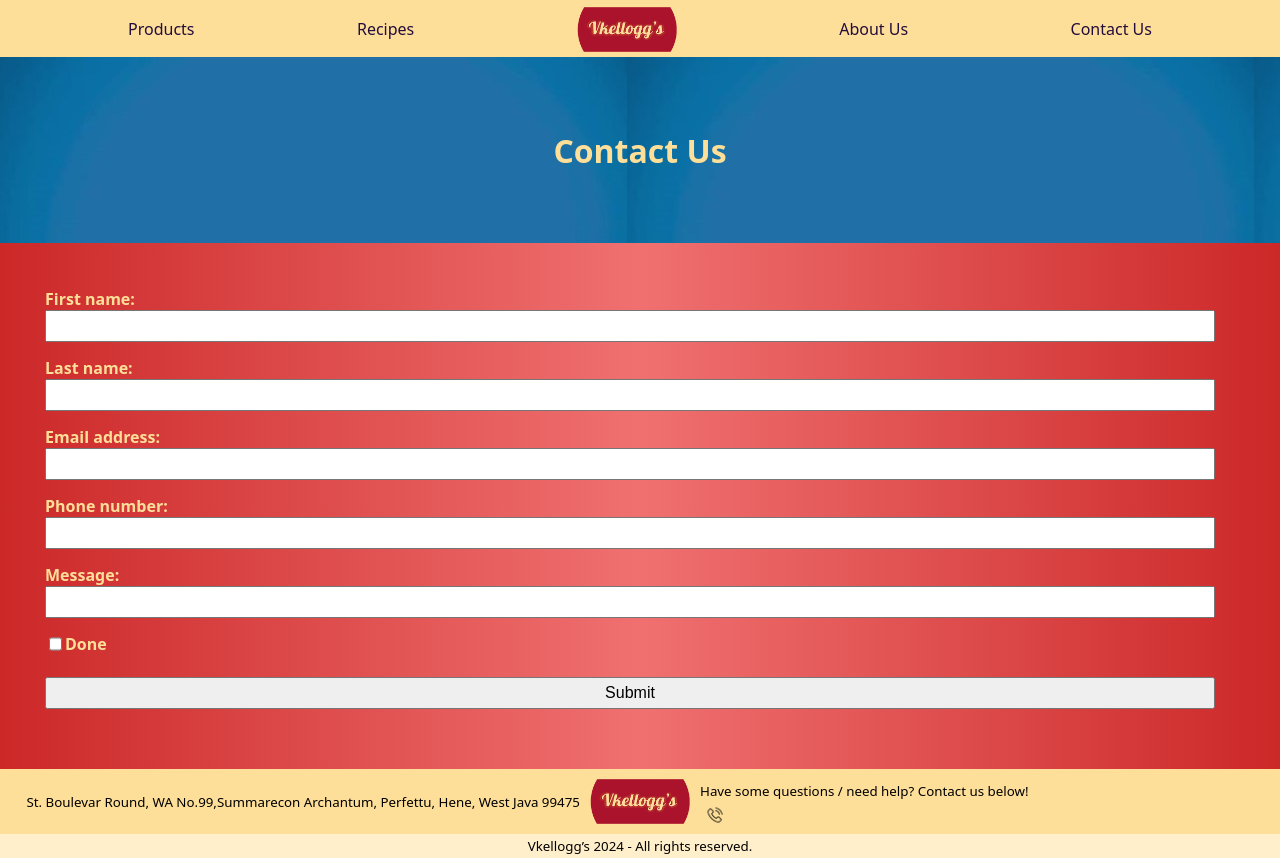
Repository: sugralld/VKelloggs
Page: Code and Assets/html/contactus.html
The author's editor kept a copy of each file at every save. The page is drawn from the files as they stood at one save, then again after a run of saves.
The browser window is 1280 px wide. The pictures show the whole page.

Above is the page before, as saved 2024-12-03 21:17:47.

After the next 2 saves:
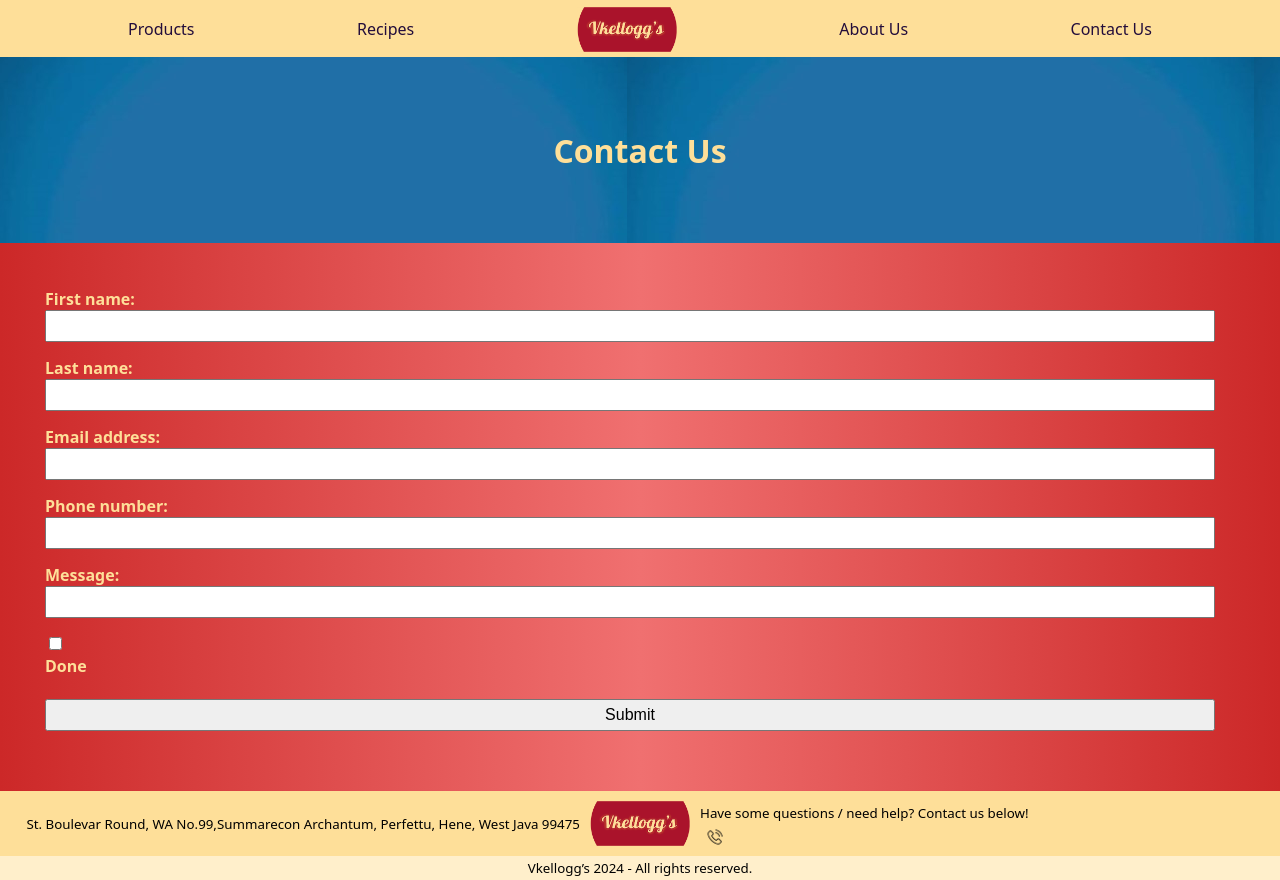
The 2 saves are shown as one change because they came seconds apart.
The last was saved 20 s later.
--- a/Code and Assets/html/contactus.html
+++ b/Code and Assets/html/contactus.html
@@ -48,7 +48,7 @@
             <label for="message">Message: </label>
             <input type="text" name="message" id="message">
             <br>
-            <div class="checkbox-container">
+            <div class="checkbox">
                 <input type="checkbox" name="agreement" id="agreement">
                 <label for="agreement">Done</label>
             </div>
